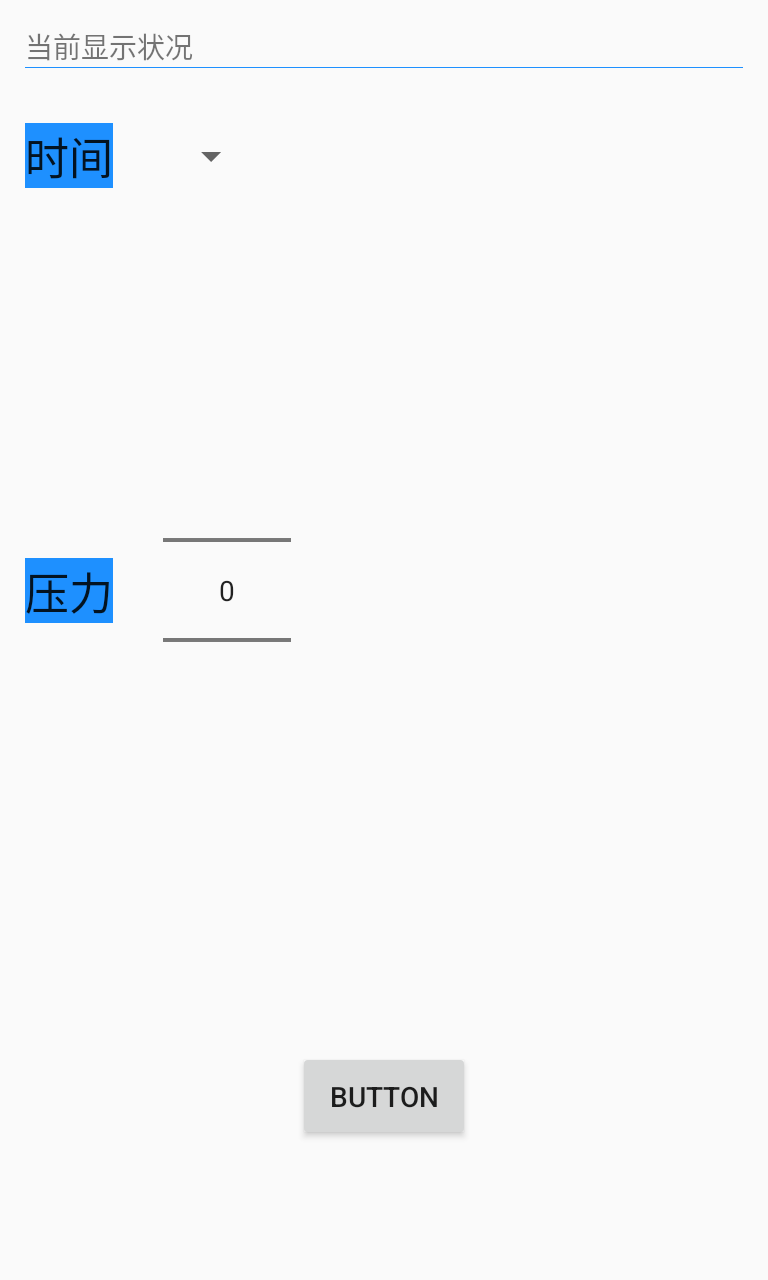
Repository: mimimy/MassagePro
Layout: BLE-Version/MassageTool/res/layout/base_pager.xml
The author's editor kept a copy of each file at every save. The layout is drawn from the files as they stood at one save, then again after the next save.
It is drawn on a 768 x 1280 px phone screen (xhdpi) without system bars, with theme AppTheme; the app's code is not run.

Above is the layout before, as saved 2018-07-29 04:02:08.

### BLE-Version/MassageTool/res/layout/base_pager.xml
<LinearLayout xmlns:android="http://schemas.android.com/apk/res/android"
    xmlns:tools="http://schemas.android.com/tools"
    android:layout_width="match_parent"
    android:padding="25px"
    android:layout_height="fill_parent"
    android:orientation="vertical" >

    <TextView
        android:id="@+id/tv_show"
        android:layout_width="match_parent"
        android:layout_height="wrap_content"
        android:layout_gravity="center_vertical"
        android:text="当前显示状况" />
      <TextView
        android:background="#1E90FF"
        android:layout_width="fill_parent"
        android:layout_height="1px"/>

    <LinearLayout
        android:layout_width="match_parent"
        android:layout_height="wrap_content"
        android:orientation="horizontal"
        android:gravity="center_vertical"
        android:layout_weight="1">

        <TextView
            android:id="@+id/textView2"
            android:layout_width="wrap_content"
            android:layout_height="wrap_content"
            android:background="#1E90FF"
            android:textAppearance="?android:attr/textAppearanceLarge"
            android:text="时间" />

        <Spinner
            android:id="@+id/spinner_time"
            android:layout_marginLeft="50px"
            android:layout_width="wrap_content"
            android:layout_height="wrap_content"/>
    </LinearLayout>

    <LinearLayout
        android:layout_width="match_parent"
        android:layout_height="wrap_content"
        android:orientation="horizontal"
        android:gravity="center_vertical"
        android:layout_weight="3">


        <TextView
            android:id="@+id/textView3"
            android:background="#1E90FF"
            android:layout_width="wrap_content"
            android:layout_height="wrap_content"
            android:textAppearance="?android:attr/textAppearanceLarge"
            android:text="压力" />

        <NumberPicker
            android:id="@+id/picker_pressure"
            android:layout_marginLeft="50px"
            android:layout_width="wrap_content"
            android:layout_height="wrap_content" />
    </LinearLayout>

    <LinearLayout
        android:layout_width="fill_parent"
        android:layout_height="wrap_content"
        android:gravity="center"
        android:layout_weight="2">

        <Button
            android:id="@+id/btn_click"
            android:layout_width="wrap_content"
            android:layout_height="wrap_content"
            android:text="Button" />

    </LinearLayout>

</LinearLayout>

### BLE-Version/MassageTool/res/values/styles.xml
<resources>

    <!--
        Base application theme, dependent on API level. This theme is replaced
        by AppBaseTheme from res/values-vXX/styles.xml on newer devices.
    -->
    <style name="AppBaseTheme" parent="android:Theme.Light">
        <!--
            Theme customizations available in newer API levels can go in
            res/values-vXX/styles.xml, while customizations related to
            backward-compatibility can go here.
        -->
    </style>

    <!-- Application theme. -->
    <style name="AppTheme" parent="AppBaseTheme">
        <!-- All customizations that are NOT specific to a particular API-level can go here. -->

    </style>

     <style name="OverflowStyle">
         <item name="android:src">@drawable/blooth</item>
         <item name="android:actionOverflowButtonStyle">@style/OverflowStyle</item>
      </style>
</resources>

Loaded but not shown: BLE-Version/MassageTool/res/values-v11/styles.xml (common file); BLE-Version/MassageTool/res/values-v14/styles.xml (common file)

After the next save:
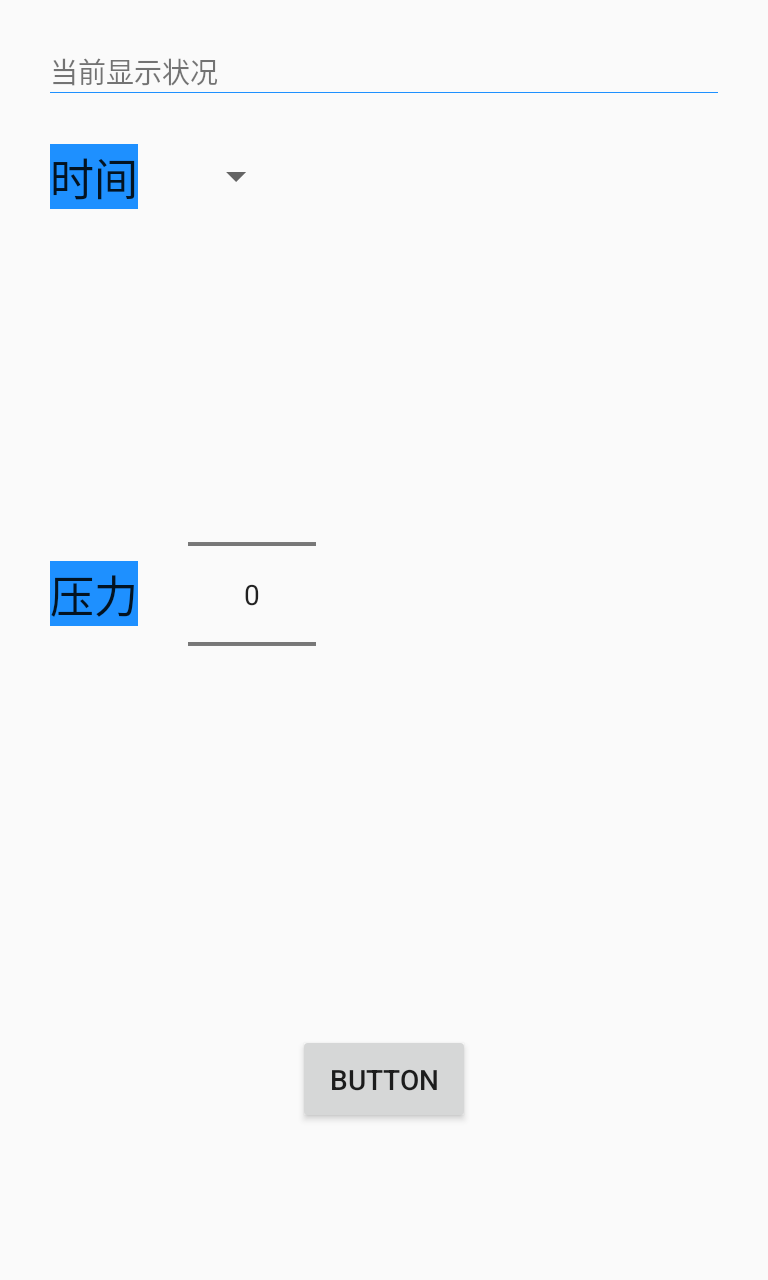
Saved 41 s later.
--- a/BLE-Version/MassageTool/res/layout/base_pager.xml
+++ b/BLE-Version/MassageTool/res/layout/base_pager.xml
@@ -1,7 +1,7 @@
 <LinearLayout xmlns:android="http://schemas.android.com/apk/res/android"
     xmlns:tools="http://schemas.android.com/tools"
     android:layout_width="match_parent"
-    android:padding="25px"
+    android:padding="50px"
     android:layout_height="fill_parent"
     android:orientation="vertical" >
 
